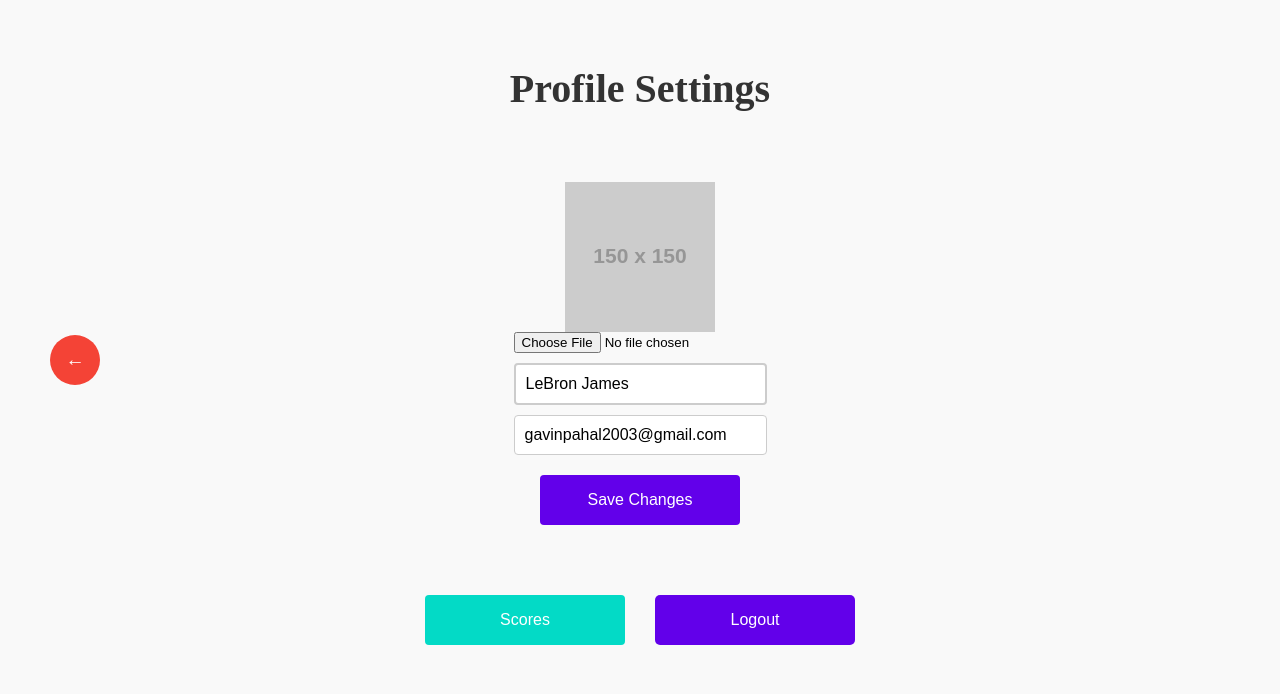
Repository: parnelltse/frontend2-courseproject
Page: /profilesettings
These files come from the project's save history. The page is drawn as it stood at one moment and after the next save; the edit follows.
The browser window is 1280 px wide. The pictures show the whole page.
The project was rebuilt for these pictures with package versions that can differ from the ones it lists, and the page was loaded fresh each time. Also part of the build but not shown: vite.config.js, src/pages/landing.jsx, src/pages/home.jsx, src/pages/gameoptions.jsx, src/pages/appsettings.jsx, src/pages/gamehistory.jsx, src/pages/singleplayer.jsx, src/pages/multiplayer.jsx and 4 more.

Above is the page before, as saved 2024-11-17 01:22:19.

After the next save:
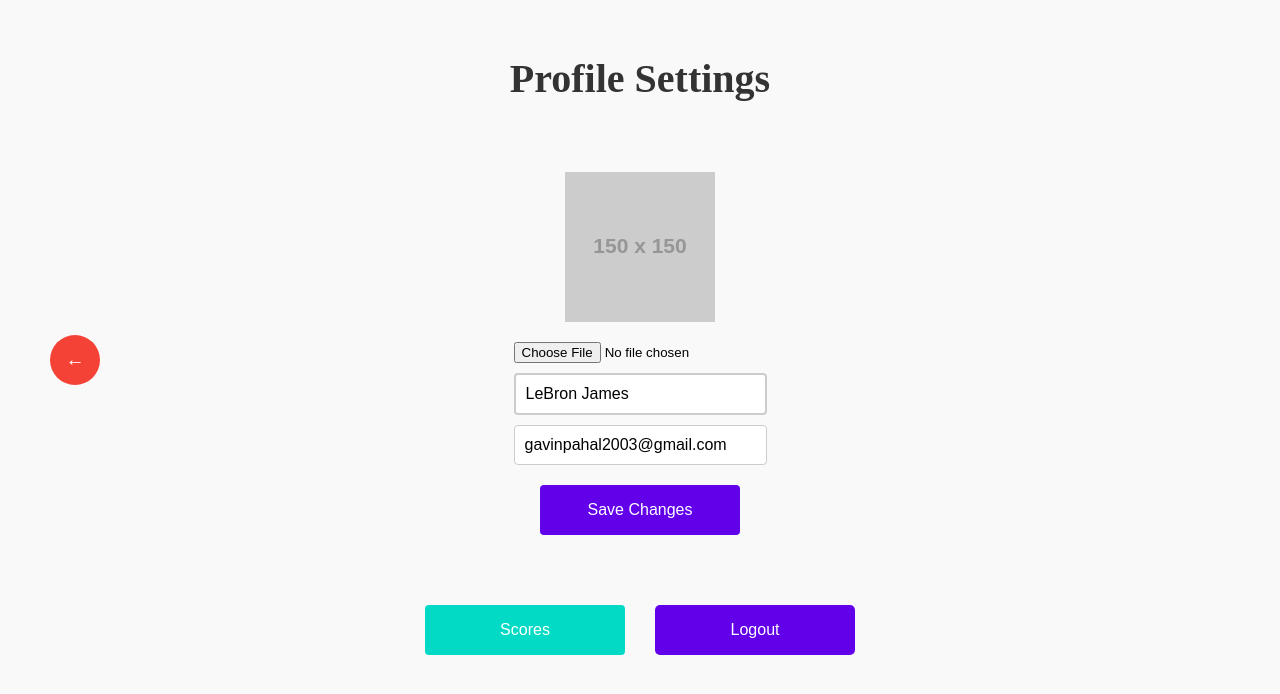
Saved 8 s later.
--- a/src/App.css
+++ b/src/App.css
@@ -548,3 +548,7 @@ button:hover {
 	align-items: center;
 	padding: 50px;
 }
+
+.avata {
+	padding-bottom: 20px;
+}

After the save that followed:
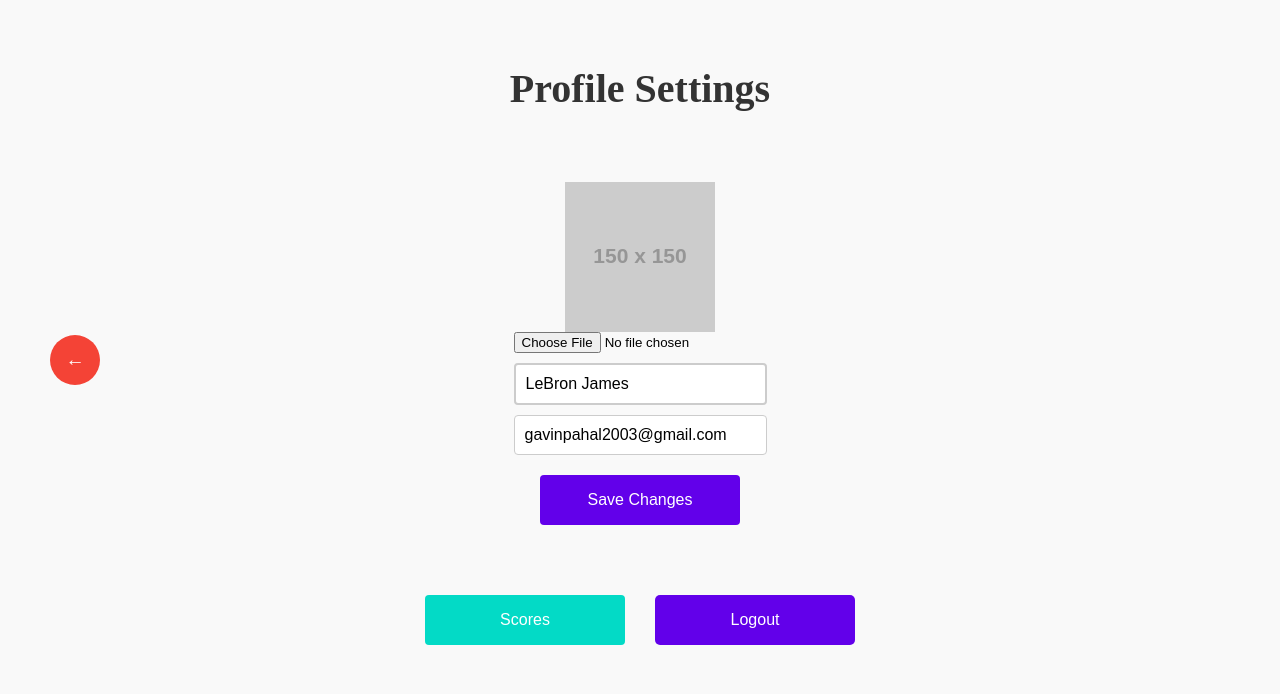
Saved 12 s later.
--- a/src/pages/profilesettings.jsx
+++ b/src/pages/profilesettings.jsx
@@ -39,7 +39,7 @@ const ProfileSettings = () => {
       {/* Profile Info */}
       <div className="profile-info">
         <div className="profile-avatar">
-          <img src={profile.avatar} alt="Avatar" width={150} className="avata"/>
+          <img src={profile.avatar} alt="Avatar" width={150} className="avatar"/>
           <input type="file" accept="image/*" onChange={handleImageUpload} />
         </div>
         <input
